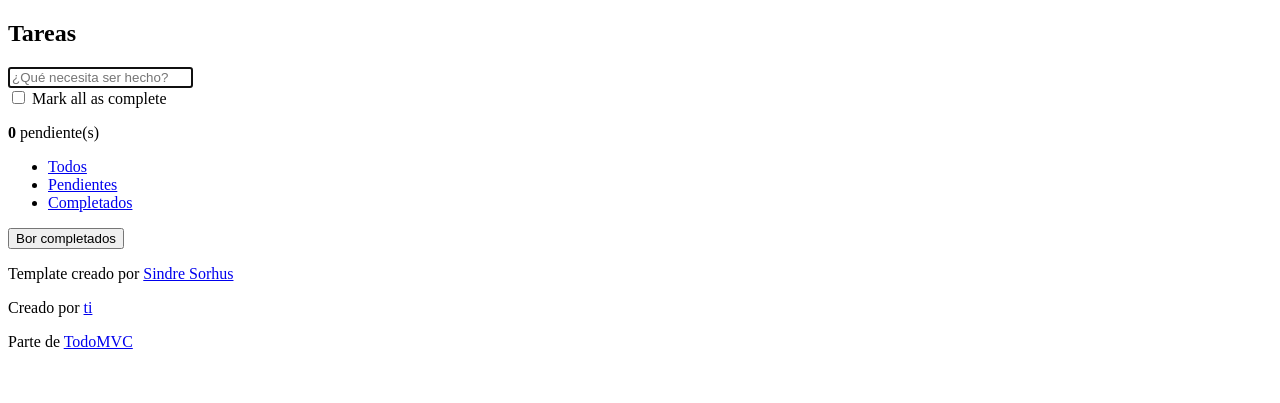
Repository: osneida/lista-tareas-curso-javascript
Page: src/index.html
These files come from the project's save history. The page is drawn as it stood at one moment and after the next save; the edit follows.
The browser window is 1280 px wide. The pictures show the whole page.

Above is the page before, as saved 2021-08-03 22:25:06.

### src/index.html
<!doctype html>
<html lang="es">
	<head>
		<meta charset="utf-8">
		<meta name="viewport" content="width=device-width, initial-scale=1">
		<title>Template • TodoMVC</title>
	</head>
	<body>
		<section class="todoapp">
			<header class="header">
				<h1>Tareas</h1>
				<input class="new-todo" placeholder="¿Qué necesita ser hecho?" autofocus>
			</header>
			<!-- This section should be hidden by default and shown when there are todos -->
			<section class="main">
				<input id="toggle-all" class="toggle-all" type="checkbox">
				<label for="toggle-all">Mark all as complete</label>
				<ul class="todo-list">
					<!-- These are here just to show the structure of the list items -->
					<!-- List items should get the class `editing` when editing and `completed` when marked as completed -->
					<!-- <li class="completed" data-id="abc">
						<div class="view">
							<input class="toggle" type="checkbox" checked>
							<label>Probar JavaScript</label>
							<button class="destroy"></button>
						</div>
						<input class="edit" value="Create a TodoMVC template">
					</li> -->
					<!-- <li>
						<div class="view">
							<input class="toggle" type="checkbox">
							<label>Comprar un unicornio</label>
							<button class="destroy"></button>
						</div>
						<input class="edit" value="Rule the web">
					</li> -->
				</ul>
			</section>
			<!-- This footer should hidden by default and shown when there are todos -->
			<footer class="footer">
				<!-- This should be `0 items left` by default -->
				<span class="todo-count"><strong>0</strong> pendiente(s)</span>
				<!-- Remove this if you don't implement routing -->
				<ul class="filters">
					<li>
						<a class="selected filtro" class="selected" href="#/">Todos</a>
					</li>
					<li>
						<a class="filtro" href="#/active">Pendientes</a>
					</li>
					<li>
						<a class="filtro" href="#/completed">Completados</a>
					</li>
				</ul>
				<!-- Hidden if no completed items are left ↓ -->
				<button class="clear-completed">Bor completados</button>
			</footer>
		</section>
		<footer class="info">

			<p>Template creado por <a href="http://sindresorhus.com">Sindre Sorhus</a></p>
			<!-- Change this out with your name and url ↓ -->
			<p>Creado por <a href="http://todomvc.com">ti</a></p>
			<p>Parte de <a href="http://todomvc.com">TodoMVC</a></p>
		</footer>


	</body>
</html>

After the next save:
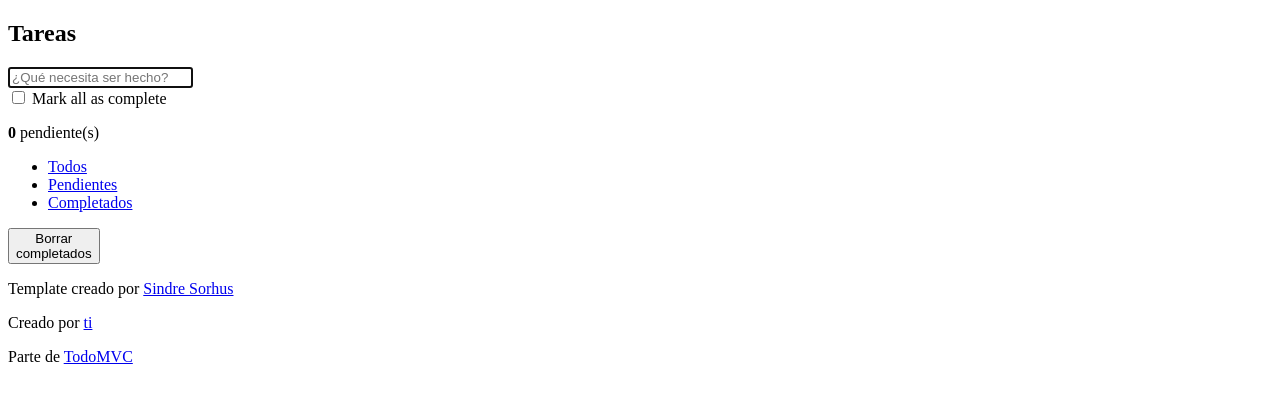
Saved 27 s later.
--- a/src/index.html
+++ b/src/index.html
@@ -53,7 +53,7 @@
 					</li>
 				</ul>
 				<!-- Hidden if no completed items are left ↓ -->
-				<button class="clear-completed">Bor completados</button>
+				<button class="clear-completed">Borrar </br> completados</button>
 			</footer>
 		</section>
 		<footer class="info">
